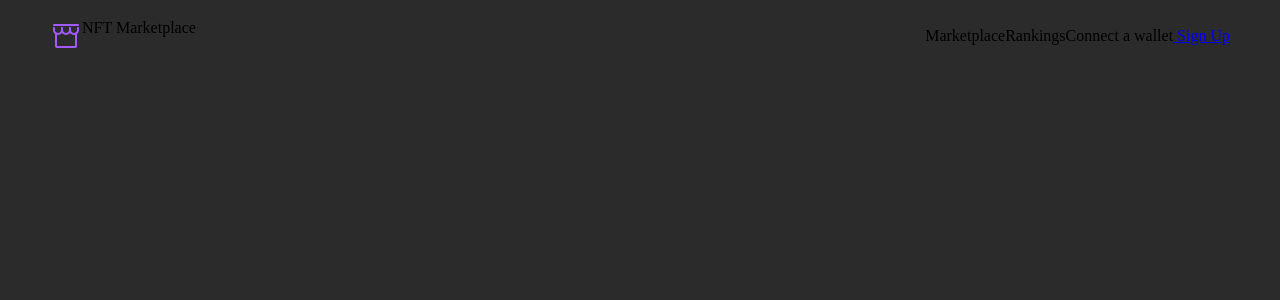
Repository: leehoang1202/NFT-Marketplace
Page: index.html
These files come from the project's save history. The page is drawn as it stood at one moment and after the next save; the edit follows.
The browser window is 1280 px wide. The pictures show the whole page.

Above is the page before, as saved 2024-12-11 08:03:19.

After the next save:
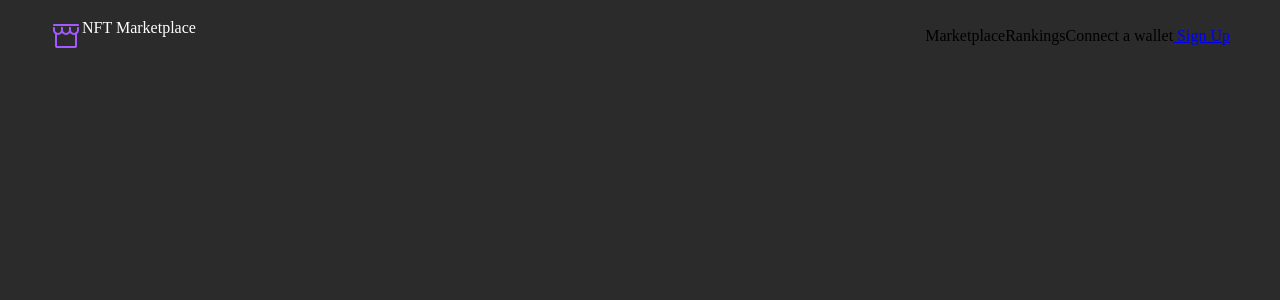
Saved 108 s later.
--- a/assets/style.css
+++ b/assets/style.css
@@ -22,6 +22,10 @@
     display: flex;
 }
 
+.navbar--text {
+    color: #fff;
+}
+
 .navbar__menu {
     display: flex;
 }
